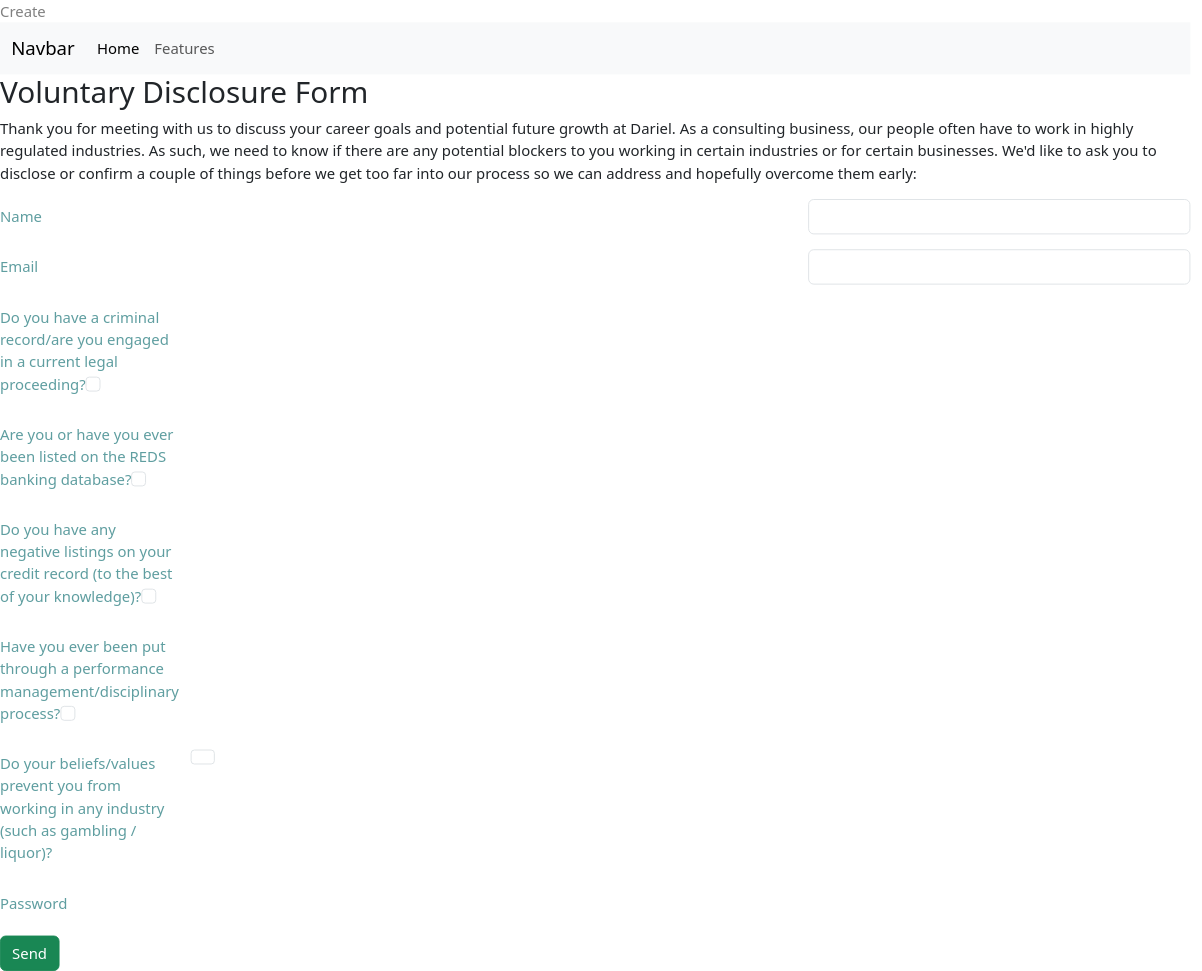
Repository: NtuthukoM/VoluntaryDisclosure
Page: / (app in disclosures-client/)
These files come from the project's save history. The page is drawn as it stood at one moment and after the next save; the edit follows.
The browser window is 1280 px wide. The page is 1292 px wide, so the pictures cover 1292 px, including what lies to the right of the window. The pictures show the whole page, at 93% of full size.
The project was rebuilt for these pictures with package versions that can differ from the ones it lists, and the page was loaded fresh each time. Also part of the build but not shown: disclosures-client/src/pages/ListDisclosures.js, disclosures-client/src/pages/DisclosureDetails.js, disclosures-client/src/pages/DisclosureSubmitted.js.

Above is the page before, as saved 2023-05-30 20:52:03.

### disclosures-client/public/index.html
<!DOCTYPE html>
<html lang="en">
  <head>
    <meta charset="utf-8" />

    <meta name="viewport" content="width=device-width, initial-scale=1" />
    <meta name="theme-color" content="#000000" />
    <meta
      name="description"
      content="Web site created using create-react-app"
    />
    <link rel="apple-touch-icon" href="%PUBLIC_URL%/logo192.png" />
    <!--
      manifest.json provides metadata used when your web app is installed on a
      user's mobile device or desktop. See https://developers.google.com/web/fundamentals/web-app-manifest/
    -->
    <link rel="manifest" href="%PUBLIC_URL%/manifest.json" />
    <!--
      Notice the use of %PUBLIC_URL% in the tags above.
      It will be replaced with the URL of the `public` folder during the build.
      Only files inside the `public` folder can be referenced from the HTML.

      Unlike "/favicon.ico" or "favicon.ico", "%PUBLIC_URL%/favicon.ico" will
      work correctly both with client-side routing and a non-root public URL.
      Learn how to configure a non-root public URL by running `npm run build`.
    -->
    <title>React App</title>
  </head>
  <body>
    <noscript>You need to enable JavaScript to run this app.</noscript>
    <div id="root"></div>
    <!--
      This HTML file is a template.
      If you open it directly in the browser, you will see an empty page.

      You can add webfonts, meta tags, or analytics to this file.
      The build step will place the bundled scripts into the <body> tag.

      To begin the development, run `npm start` or `yarn start`.
      To create a production bundle, use `npm run build` or `yarn build`.
    -->
  </body>
</html>

### disclosures-client/src/index.js
import React from 'react';
import ReactDOM from 'react-dom/client';
import './bootstrap.css';
// import './index.css';
import App from './App';
import reportWebVitals from './reportWebVitals';

const root = ReactDOM.createRoot(document.getElementById('root'));
root.render(
  <React.StrictMode>
    <App />
  </React.StrictMode>
);

// If you want to start measuring performance in your app, pass a function
// to log results (for example: reportWebVitals(console.log))
// or send to an analytics endpoint. Learn more: https://bit.ly/CRA-vitals
reportWebVitals();

### disclosures-client/src/App.js
import logo from './logo.svg';
import {CreateDisclosures} from './pages/CreateDisclosure';
import {ListDisclosures} from './pages/ListDisclosures';
import {DisclosureDetails} from './pages/DisclosureDetails';
import {DisclosureSubmitted} from './pages/DisclosureSubmitted';
import { BrowserRouter, Routes, Route } from "react-router-dom";
import './App.css';

function App() {
  return (

      <BrowserRouter>
        <Routes>
          <Route path="/" element={<CreateDisclosures/>} />
          <Route path="/list" element={<ListDisclosures/>} />
          <Route path="/submitted" element={<DisclosureSubmitted/>} />
          <Route path="/details/:id" element={<DisclosureDetails/>} />
        </Routes>
      </BrowserRouter>
  );
}

export default App;

### disclosures-client/src/pages/CreateDisclosure.js
import { useState } from "react";
import { discloseUrl} from '../models/models';
import { Nav} from "../components/nav";
import { redirect } from "react-router-dom";

export function CreateDisclosures(){
    const [fullName, setFullName] = useState('');
    const [email, setEmail] = useState('');
    const [criminalRecord, setCriminalRecord] = useState(false);
    const [redsBankingDbListed, setRedsBankingDbListed] = useState(false);
    const [negativeCreditListing, setNegativeCreditListing] = useState(false);
    const [performanceManagementPlaced, setPerformanceManagementPlaced] = useState(false);
    const [ethicalIndustringRestriction, setEthicalIndustringRestriction] = useState(false);
    const [submitting, setSubmitting] = useState(false);

    function onFormSubmit(e){
        e.preventDefault();
        setSubmitting(true);
        let model = {
            fullName: fullName,
            email: email,
            criminalRecord: criminalRecord,
            redsBankingDbListed: redsBankingDbListed,
            negativeCreditListing: negativeCreditListing,
            performanceManagementPlaced: performanceManagementPlaced,
            ethicalIndustringRestriction: ethicalIndustringRestriction
        }
        const ops = {
            method: 'POST',
            headers: {
                "Content-Type": "application/json",
                // 'Content-Type': 'application/x-www-form-urlencoded',
              },
              redirect: "follow", // manual, *follow, error
              referrerPolicy: "no-referrer", // no-referrer, *no-referrer-when-downgrade, origin, origin-when-cross-origin, same-origin, strict-origin, strict-origin-when-cross-origin, unsafe-url
              body: JSON.stringify(model), // body data type must match "Content-Type" header
        };
        const response = fetch(discloseUrl, ops)
        .then(() => {
            setSubmitting(false);
            console.log('redirecting');
           return redirect("/submitted");
        }).catch(exc => console.log(`error ${exc}`));
    }
    return (
        <>
            <Nav />
            <h2>Voluntary Disclosure Form</h2>
            <p>
                Thank you for meeting with us to discuss your career goals and potential future growth at Dariel.
                As a consulting business, our people often have to work in highly regulated industries.
                As such, we need to know if there are any potential blockers to you working in certain industries or for certain businesses.
                We'd like to ask you to disclose or confirm a couple of things before we get too far into our process so we can address and hopefully overcome them early:
            </p>
            <form onSubmit={onFormSubmit}>


            <div  className="mb-3 row">
                <label className="col-sm-8 col-form-label">
                    Name
                </label>
                <div className="col-sm-4">

                    <input className="form-control" type="text" value={fullName} onChange={(e) => setFullName(e.target.value) } disabled={submitting} />
      </div>
            </div>

            <div className="mb-3 row">
                <label className="col-sm-8 col-form-label">
                    Email
                </label>
                <div className="col-sm-4">

                    <input type="text" className="form-control" value={email} onChange={e => setEmail(e.target.value)} disabled={submitting}  />
      </div>
            </div>


            <div className="mb-3 row">
                <label className="col-sm-2 col-form-label">
                    Do you have a criminal record/are you engaged in a current legal proceeding?
                    <input type="checkbox" className="form-check-input"  value={criminalRecord} onChange={e => {
                        setCriminalRecord(!criminalRecord);
                        }}  disabled={submitting} />
                </label>
            </div>
            <div className="mb-3 row">
                <label className="col-sm-2 col-form-label">
                Are you or have you ever been listed on the REDS banking database?
                    <input type="checkbox" className="form-check-input"   value={redsBankingDbListed} onChange={e => {
                        setRedsBankingDbListed(!redsBankingDbListed);
                        }}  disabled={submitting} />
                </label>
            </div>
            <div className="mb-3 row">
                <label className="col-sm-2 col-form-label">
                Do you have any negative listings on your credit record (to the best of your knowledge)?
                    <input type="checkbox" className="form-check-input"   value={negativeCreditListing} onChange={e => {
                        setNegativeCreditListing(!negativeCreditListing);
                        }}  disabled={submitting} />
                </label>
            </div>
            <div className="mb-3 row">
                <label className="col-sm-2 col-form-label">
                Have you ever been put through a performance management/disciplinary process?
                    <input type="checkbox" className="form-check-input"   value={performanceManagementPlaced} onChange={e => {
                        setPerformanceManagementPlaced(!performanceManagementPlaced);
                        }}  disabled={submitting} />
                </label>
            </div>
            <div className="mb-3 row">
                <label className="col-sm-2 col-form-label">
                Do your beliefs/values prevent you from working in any industry (such as gambling / liquor)?
                </label>
                    <input type="checkbox" className="form-check-input"  value={ethicalIndustringRestriction} onChange={e => {
                        setEthicalIndustringRestriction(!ethicalIndustringRestriction);
                        }}  disabled={submitting} />
            </div>
            <div className="mb-3 row">
    <label for="inputPassword" className="col-sm-2 col-form-label">Password</label>
    <div className="col-sm-10">

    </div>
  </div>
            <div>
                <button className="btn btn-success" disabled={submitting}>Send</button>
            </div>
             </form>
        </>
    );
}

### disclosures-client/src/App.css
.App {
  text-align: center;
}

.active {
  color: gray;
  text-decoration: none;
  cursor: default;
}

label {
  color: cadetblue;
}

.App-logo {
  height: 40vmin;
  pointer-events: none;
}

@media (prefers-reduced-motion: no-preference) {
  .App-logo {
    animation: App-logo-spin infinite 20s linear;
  }
}

.App-header {
  background-color: #282c34;
  min-height: 100vh;
  display: flex;
  flex-direction: column;
  align-items: center;
  justify-content: center;
  font-size: calc(10px + 2vmin);
  color: white;
}

.App-link {
  color: #61dafb;
}

@keyframes App-logo-spin {
  from {
    transform: rotate(0deg);
  }
  to {
    transform: rotate(360deg);
  }
}

### disclosures-client/src/models/models.js
export const discloseUrl = 'https://localhost:7163/api/Disclosures';

### disclosures-client/src/components/nav.js
import {NavLink} from "react-router-dom"

export function Nav(){
    return (
        <>
            <nav>
                <NavLink to="/" className={({isActive}) => isActive ? "active" : "go-to"}>Create </NavLink>

            </nav>
            <nav className="navbar navbar-expand-lg bg-body-tertiary">
  <div className="container-fluid">
    <a className="navbar-brand" href="#">Navbar</a>
    <button className="navbar-toggler" type="button" data-bs-toggle="collapse" data-bs-target="#navbarNav" aria-controls="navbarNav" aria-expanded="false" aria-label="Toggle navigation">
      <span className="navbar-toggler-icon"></span>
    </button>
    <div className="collapse navbar-collapse" id="navbarNav">
      <ul className="navbar-nav">
        <li className="nav-item">
          <a className="nav-link active" aria-current="page" href="#">Home</a>
        </li>
        <li className="nav-item">
          <a className="nav-link" href="#">Features</a>
        </li>
      </ul>
    </div>
  </div>
</nav>
        </>
    )
}

Loaded but not shown: disclosures-client/src/bootstrap.css (library); disclosures-client/src/reportWebVitals.js (common file)

After the next save:
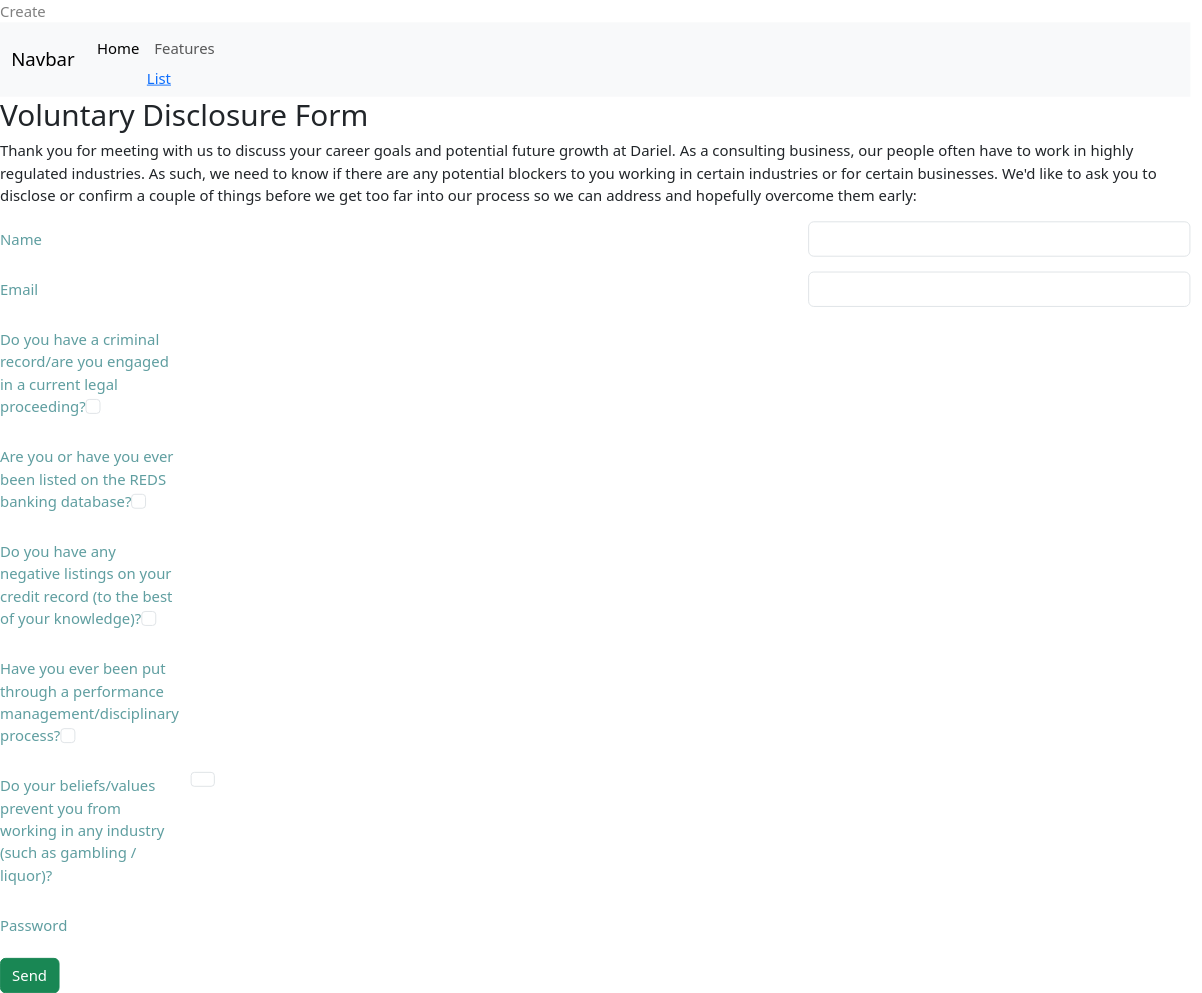
Saved 5 s later.
--- a/disclosures-client/src/components/nav.js
+++ b/disclosures-client/src/components/nav.js
@@ -20,6 +20,7 @@ export function Nav(){
         </li>
         <li className="nav-item">
           <a className="nav-link" href="#">Features</a>
+          <NavLink to="/list" className={({isActive}) => isActive ? "active" : ""}>List </NavLink>
         </li>
       </ul>
     </div>
